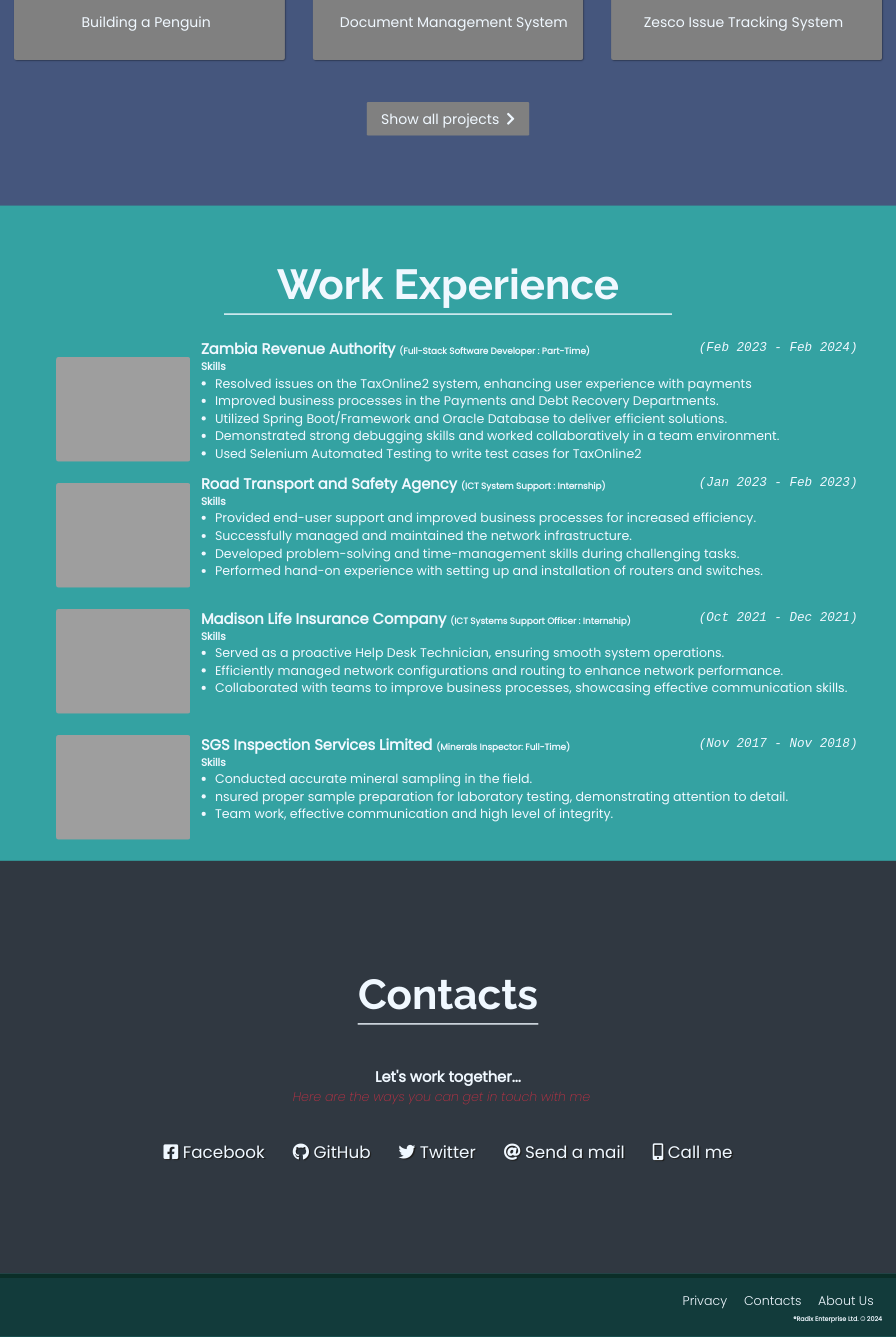
Repository: Lungdjos/personal_portifolio
Page: html/index.html
These files come from the project's save history. The page is drawn as it stood at one moment and after the next save; the edit follows.
The browser window is 1280 px wide. The pictures show the part of the page from y = 1304 to 3224 px (the page is 3214 px tall before and 3224 px after), at 70% of full size.
Pictures or frames that could not be fetched are drawn as grey boxes. Some web libraries are served in a nearby version.

Above is the page before, as saved 2024-02-04 02:52:09.

After the next save:
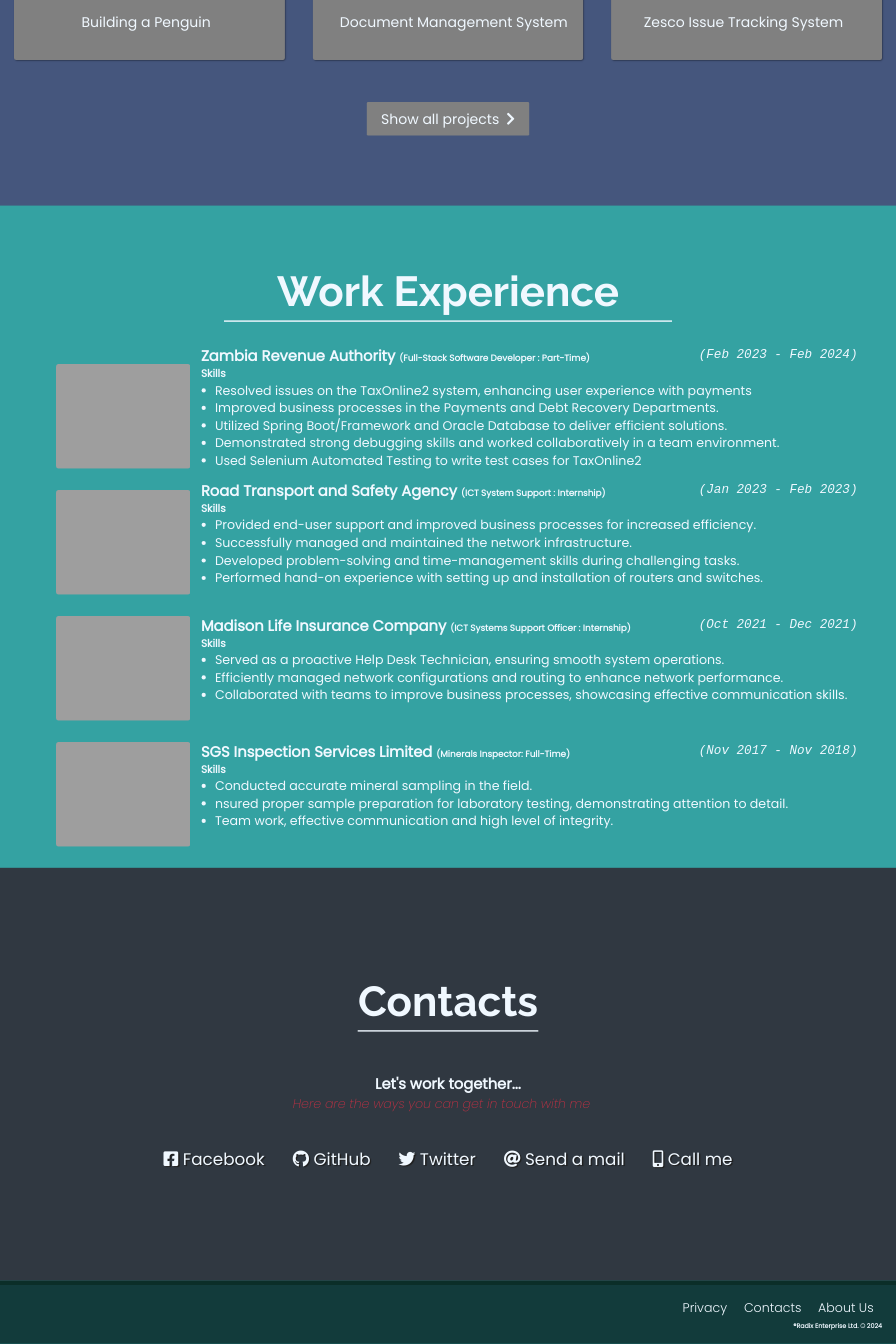
Saved 34 s later.
--- a/css/styles.css
+++ b/css/styles.css
@@ -270,7 +270,7 @@ main li {
 /** WORK EXPERIENCE */
 
 #work-experience-section {
-    padding-top: 5rem;
+    padding-top: 6rem;
     margin: 2rem;
 }
 
